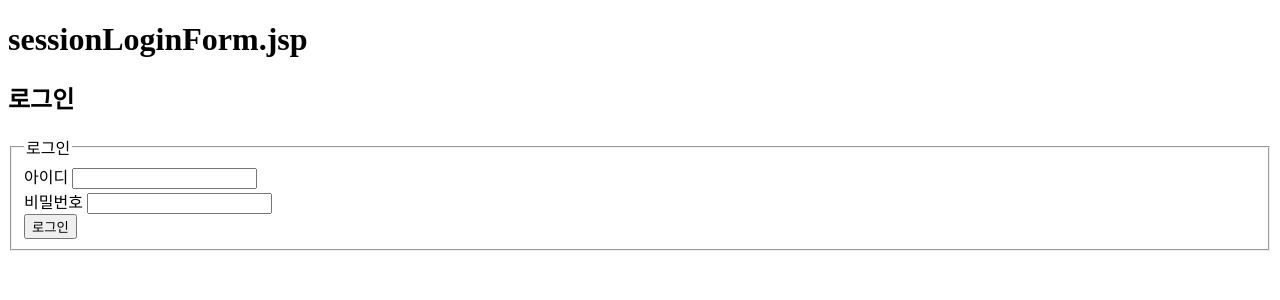
Repository: HeeYoung9/young9
Page: http://localhost/JSP7/jsp/sessionLoginForm.jsp
An editor plug-in stored every save of this project. The page is shown before and after the next save, followed by the edit.
The browser window is 1280 px wide. The pictures show the whole page.
The page is served by Tomcat 9.

Above is the page before, as saved 2023-08-24 06:21:39.

### JSP7/src/main/webapp/jsp/sessionLoginForm.jsp
<%@ page language="java" contentType="text/html; charset=UTF-8"
    pageEncoding="UTF-8"%>
<!DOCTYPE html>
<html>
<head>
<meta charset="UTF-8">
<title>sessionLoginForm</title>
</head>
<body>

<h1>sessionLoginForm.jsp</h1>
<h2>로그인</h2>
<fieldset>
<legend>로그인</legend>
<form action="sessionLoginPro.jsp" method="post" name="lg" onsubmit="fn1();">
 아이디 <input type="text" name="id"> <br>
 비밀번호 <input type="password" name="pw"> <br>
 <input type="submit" value="로그인">

</form>
</fieldset>

</body>
</html>

After the next save:
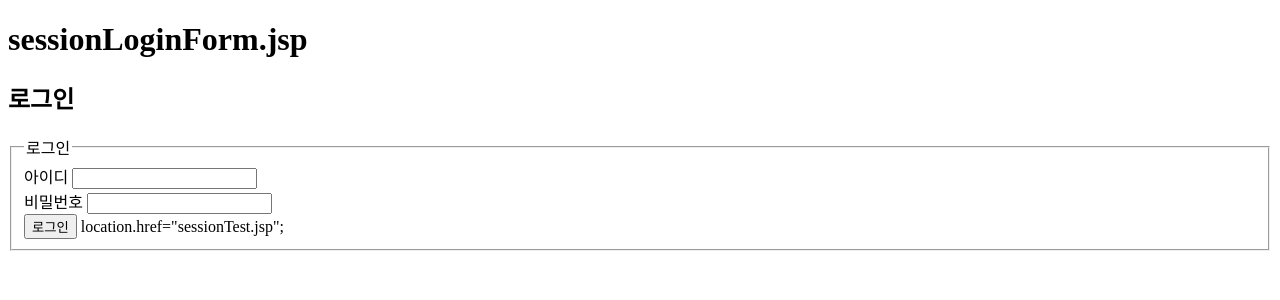
Saved 4 s later.
--- a/JSP7/src/main/webapp/jsp/sessionLoginForm.jsp
+++ b/JSP7/src/main/webapp/jsp/sessionLoginForm.jsp
@@ -17,6 +17,8 @@
  비밀번호 <input type="password" name="pw"> <br>
  <input type="submit" value="로그인">
 
+ location.href="sessionTest.jsp";
+
 </form>
 </fieldset>
 
